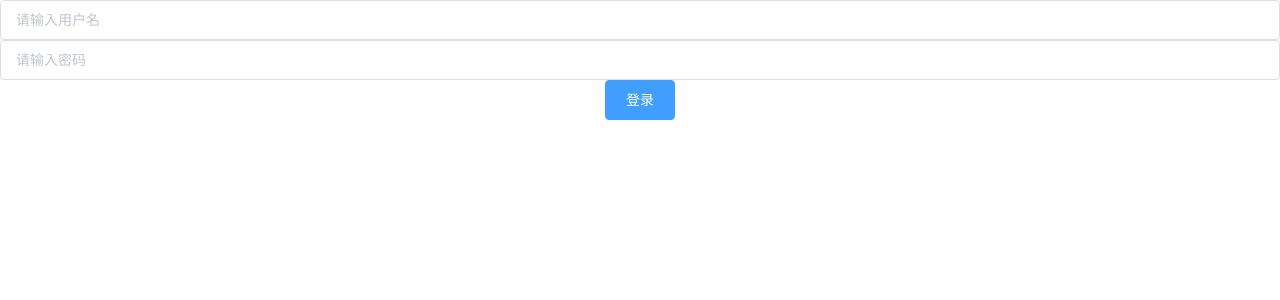
Repository: faintout/backMng
Page: /#/login (app in backmng/)
The author's editor kept a copy of each file at every save. The page is drawn from the files as they stood at one save, then again after the next save.
The browser window is 1280 px wide. The pictures show the whole page.
The project was rebuilt for these pictures with package versions that can differ from the ones it lists, and the page was loaded fresh each time. Also part of the build but not shown: backmng/vue.config.js, backmng/src/views/headerTop.vue, backmng/src/views/layout.vue, backmng/src/views/_index.vue, backmng/src/views/addList.vue, backmng/src/views/list.vue.

Above is the page before, as saved 2020-12-30 19:20:00.

### backmng/public/index.html
<!DOCTYPE html>
<html lang="en">
  <head>
    <meta charset="utf-8">
    <meta http-equiv="X-UA-Compatible" content="IE=edge">
    <meta name="viewport" content="width=device-width,initial-scale=1.0">
    <link rel="icon" href="<%= BASE_URL %>favicon.ico">
    <title><%= htmlWebpackPlugin.options.title %></title>
  </head>
  <!-- <script src="https://cdn.bootcdn.net/ajax/libs/jquery/3.5.1/jquery.js"></script> -->
  <body>
    <noscript>
      <strong>We're sorry but <%= htmlWebpackPlugin.options.title %> doesn't work properly without JavaScript enabled. Please enable it to continue.</strong>
    </noscript>
    <div id="app"></div>
    <!-- built files will be auto injected -->
  </body>
</html>

### backmng/src/main.js
import Vue from 'vue'
import App from './App.vue'
import router from './router'
import store from './store'
import ElementUI from 'element-ui'
import 'element-ui/lib/theme-chalk/index.css'
import './assets/index.css'
import $ from 'jquery'

Vue.use(ElementUI)
Vue.config.productionTip = false

new Vue({
  router,
  store,
  render: h => h(App)
}).$mount('#app')

### backmng/src/App.vue
<template>
  <div id="app">
    <router-view/>
  </div>
</template>

<style lang="less">
#app {
  font-family: Avenir, Helvetica, Arial, sans-serif;
  -webkit-font-smoothing: antialiased;
  -moz-osx-font-smoothing: grayscale;
  text-align: center;
  color: #2c3e50;
  height: 100%;
}

#nav {
  padding: 30px;

  a {
    font-weight: bold;
    color: #2c3e50;

    &.router-link-exact-active {
      color: #42b983;
    }
  }
}
</style>

### backmng/src/router/index.js
import Vue from 'vue'
import VueRouter from 'vue-router'
import Layout from '../views/layout.vue'
import _index from '../views/_index.vue'
import addList from '../views/addList.vue'
import list from '../views/list.vue'
import login from '../views/login.vue'

Vue.use(VueRouter)

const routes = [
    {
        path:'*',
        name:'redirect',
        redirect:'/login'
    },
    {
        path:'/login',
        name:'login',
        component:login
    },
    {
        path: '/',
        name: 'Layout',
        component: Layout,
        children: [
            {
                path: '/_index',
                name: '首页',
                component: _index,
            },
            {
                path: '/addList',
                name: '添加',
                component: addList,
            },
            {
                path: '/list',
                name: '列表查看',
                component: list,
            },
        ]
    },
]

const router = new VueRouter({
    routes
})

export default router

### backmng/src/assets/index.css
* {
    /* width: 100%;
    height: 100%; */
    padding: 0;
    margin: 0;
}
html,body{
    height: 100%;
}
.h100{
    height: 100%;
}

### backmng/src/views/login.vue
<template>
  <div class="bgc" :style="{background:imgUrl}">
      <div class="login_contnet" >
          <div class="user_admin">
              <el-input v-model="userName" placeholder="请输入用户名"></el-input>

          </div>
          <div class="user_password">
              <el-input v-model="passWord" placeholder="请输入密码" show-password></el-input>

          </div>
          <el-button type="primary" @click="login">登录</el-button>
      </div>
  </div>
</template>

<script>
export default {
  components:{},
  data(){
    return {
        userName:'',
        passWord:'',
        imgUrl:''
    }
  },
  watch:{},
  computed:{},
  methods:{
      login(){

      }
  },
  mounted(){},
  created(){
      $.ajax({
          type:"GET",
          url:'/acgurl.php?return=json',
          success(res){
              console.log(res);
              this.imgUrl = res.imgurl
          }
      })
  },
}
</script>
<style lang="less" scoped>
</style>

Loaded but not shown: backmng/src/store/index.js (common file)

After the next save:
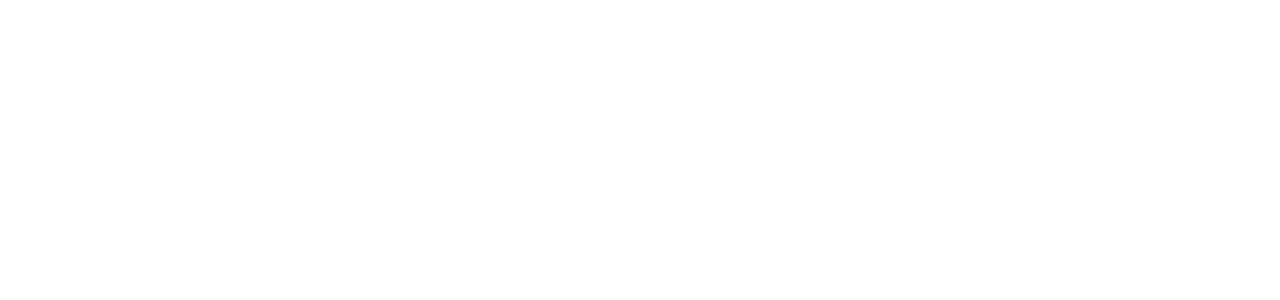
Saved 111 s later.
--- a/backmng/src/views/login.vue
+++ b/backmng/src/views/login.vue
@@ -1,5 +1,5 @@
 <template>
-  <div class="bgc" :style="{background:imgUrl}">
+  <div class="bgc" :style="{background:url(imgUrl)}">
       <div class="login_contnet" >
           <div class="user_admin">
               <el-input v-model="userName" placeholder="请输入用户名"></el-input>

After the save that followed:
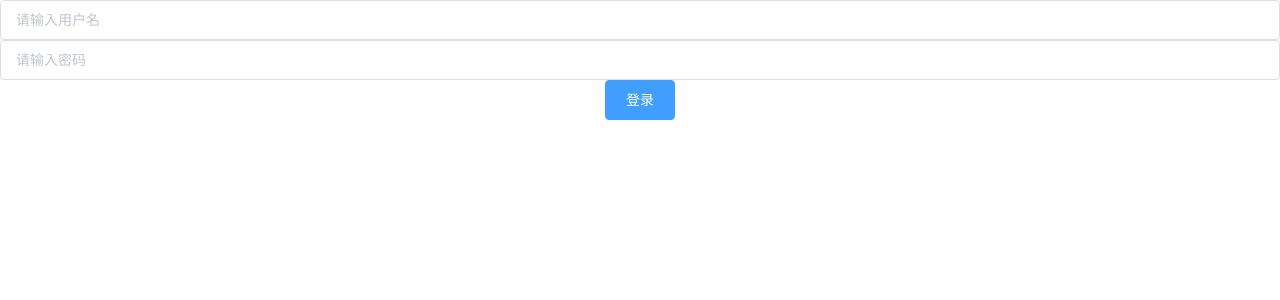
Saved 23 s later.
--- a/backmng/src/views/login.vue
+++ b/backmng/src/views/login.vue
@@ -1,5 +1,5 @@
 <template>
-  <div class="bgc" :style="{background:url(imgUrl)}">
+  <div class="bgc" :style="{background:'url('+imgUrl+')'}">
       <div class="login_contnet" >
           <div class="user_admin">
               <el-input v-model="userName" placeholder="请输入用户名"></el-input>
